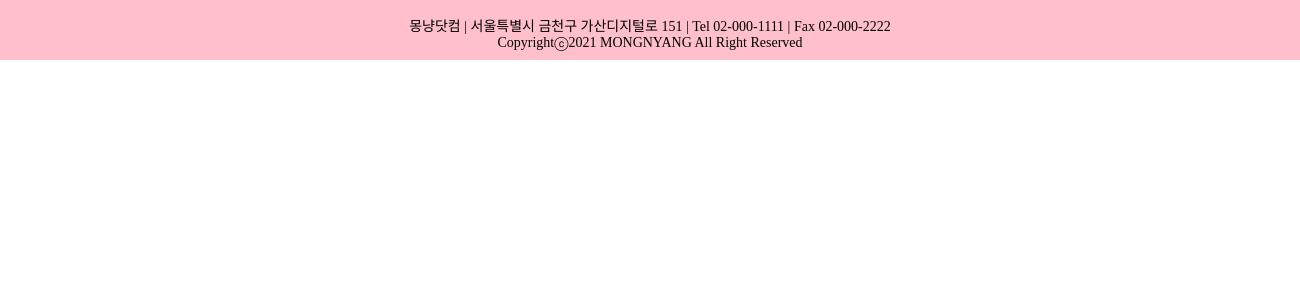
Repository: yl9517/2021.08.10_MONGNYANG_JSP
Page: http://localhost/mongNyang/footer.jsp
An editor plug-in stored every save of this project. The page is shown before and after the next save, followed by the edit.
The browser window is 1280 px wide. The page is 1300 px wide, so the pictures cover 1300 px, including what lies to the right of the window. The pictures show the whole page.
The page is served by Tomcat 9. Other server files are loaded and not shown.

Above is the page before, as saved 2021-08-13 12:38:17.

### mongNyang/WebContent/footer.jsp
<%@ page language="java" contentType="text/html; charset=UTF-8"
    pageEncoding="UTF-8"%>
<!DOCTYPE html>
<html>
<head>
<meta charset="UTF-8">
<title>Insert title here</title>
<link rel="stylesheet" href="../css/footer.css">
</head>
<body>
	<footer>
		<div id="foot">
			<div id="shopInfo">
				<p>몽냥닷컴  | 서울특별시 금천구 가산디지털로 151  |  Tel 02-000-1111  |  Fax 02-000-2222<br>
					Copyrightⓒ2021 MONGNYANG   All Right Reserved</p>
			</div>
		</div>
	</footer>
</body>
</html>

### mongNyang/WebContent/css/footer.css
*{
	margin:0;
	padding:0;
	box-sizing: border-box;
}

/* 푸터 감싼 부분 */
footer{
	width: 100%;
	background-color: blue;
}

/* 푸터 */
#foot{
	background-color: pink;
	width: 1300px;
	height : 60px;
	margin: 0 auto;
	text-align :center;
	padding: 15px;
}
#foot #shopInfo p{
	font-size: 14px;
}

After the next save:
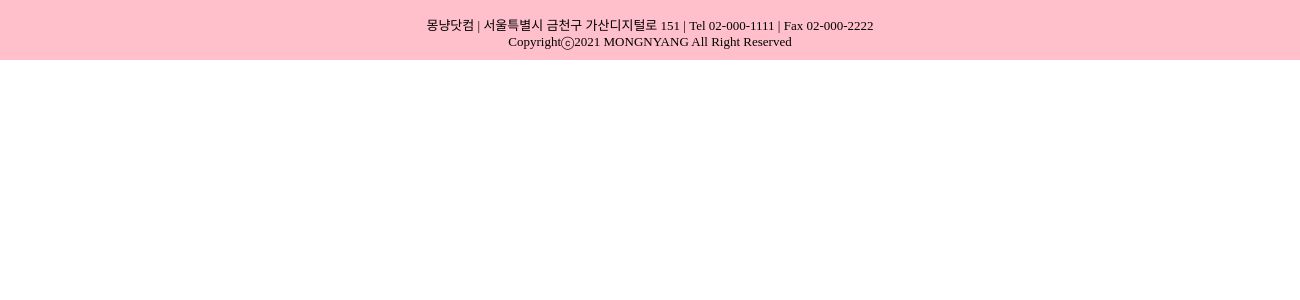
Saved 3 s later.
--- a/mongNyang/WebContent/css/footer.css
+++ b/mongNyang/WebContent/css/footer.css
@@ -20,5 +20,5 @@ footer{
 	padding: 15px;
 }
 #foot #shopInfo p{
-	font-size: 14px;
+	font-size: 13px;
 }
